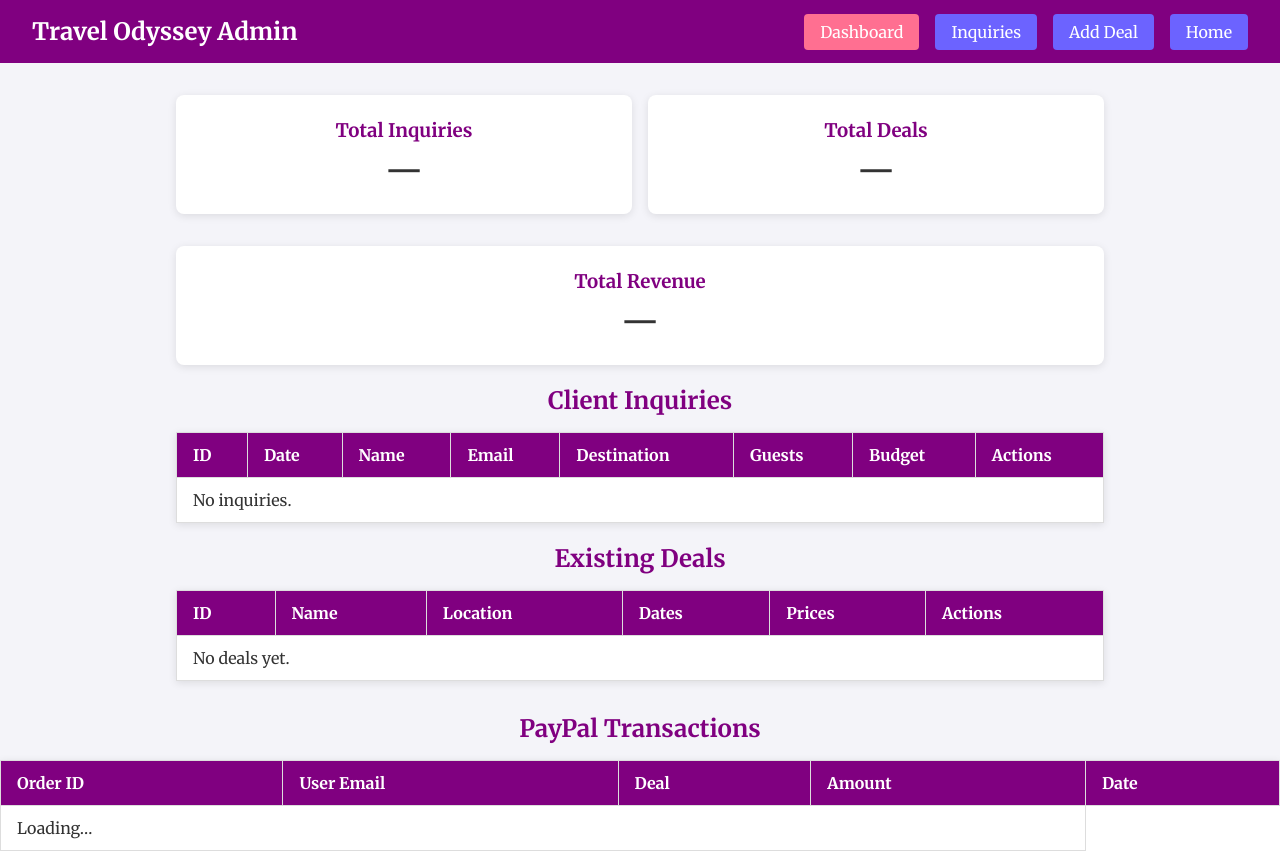
Repository: GHzPhoenix/Project-Odyssey
Page: Frontend/admin.html
The author's editor kept a copy of each file at every save. The page is drawn from the files as they stood at one save, then again after the next save.
The browser window is 1280 px wide. The pictures show the whole page.
The page's requests for data from a server got no answer.

Above is the page before, as saved 2025-07-09 19:21:07.

After the next save:
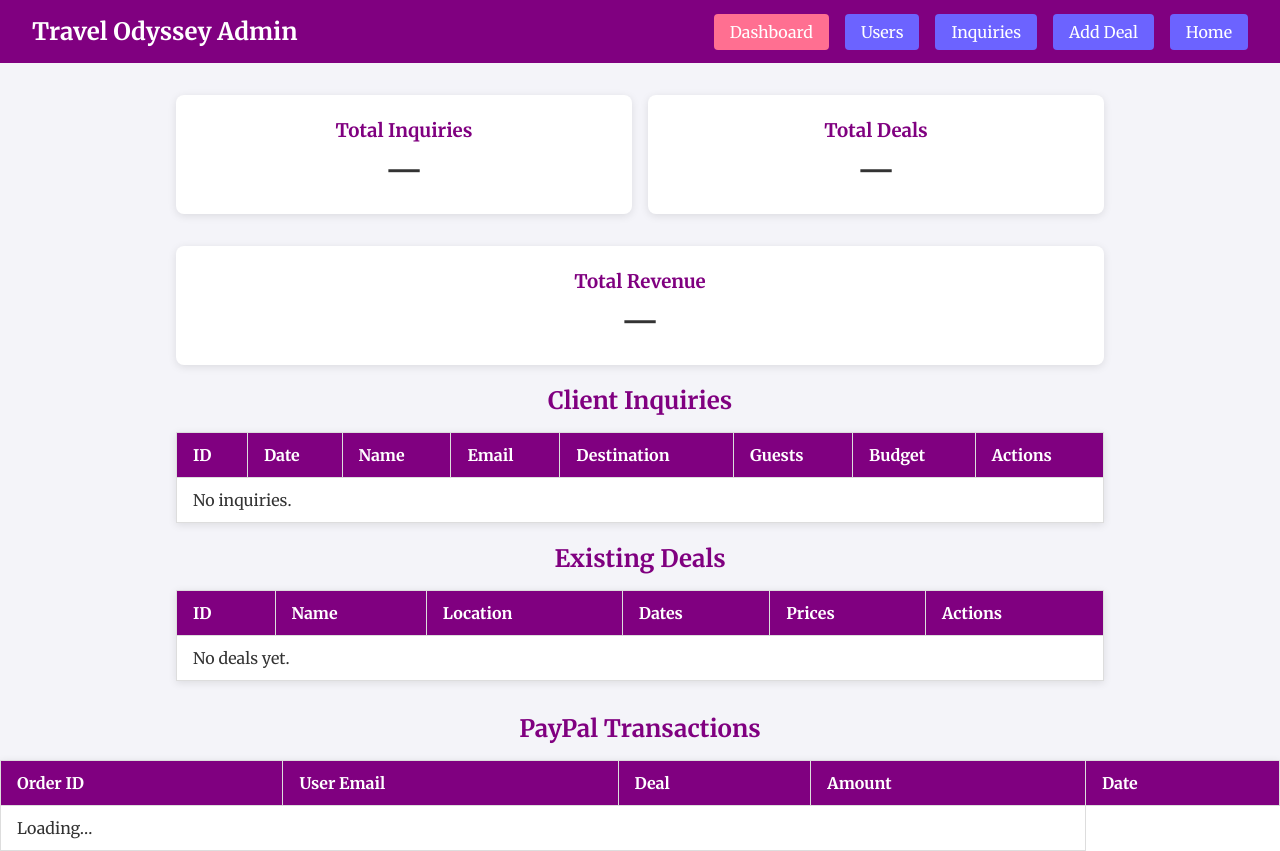
Saved 15 s later.
--- a/Frontend/admin.html
+++ b/Frontend/admin.html
@@ -36,6 +36,7 @@
         <div class="logo">Travel Odyssey Admin</div>
         <ul>
           <li><a href="admin.html" class="active">Dashboard</a></li>
+          <li><a href="admin-users.html">Users</a></li>
           <li><a href="inquiries.html">Inquiries</a></li>
           <li><a href="add-deal.html">Add Deal</a></li>
           <li><a href="index.html">Home</a></li>
